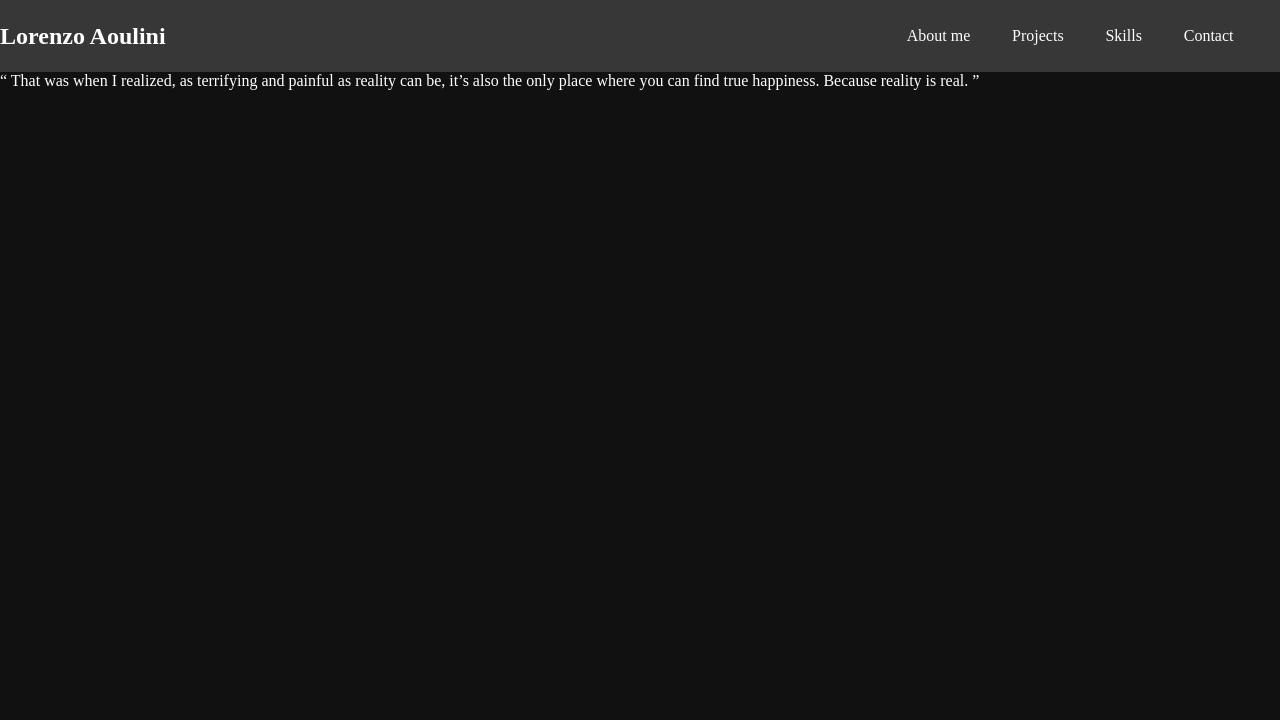
Repository: lolo298/lolo298.github.io
Page: index.html
An editor plug-in stored every save of this project. The page is shown before and after the next save, followed by the edit.
The browser window is 1280 px wide. The pictures show the whole page.

Above is the page before, as saved 2022-05-10 13:22:15.

After the next save:
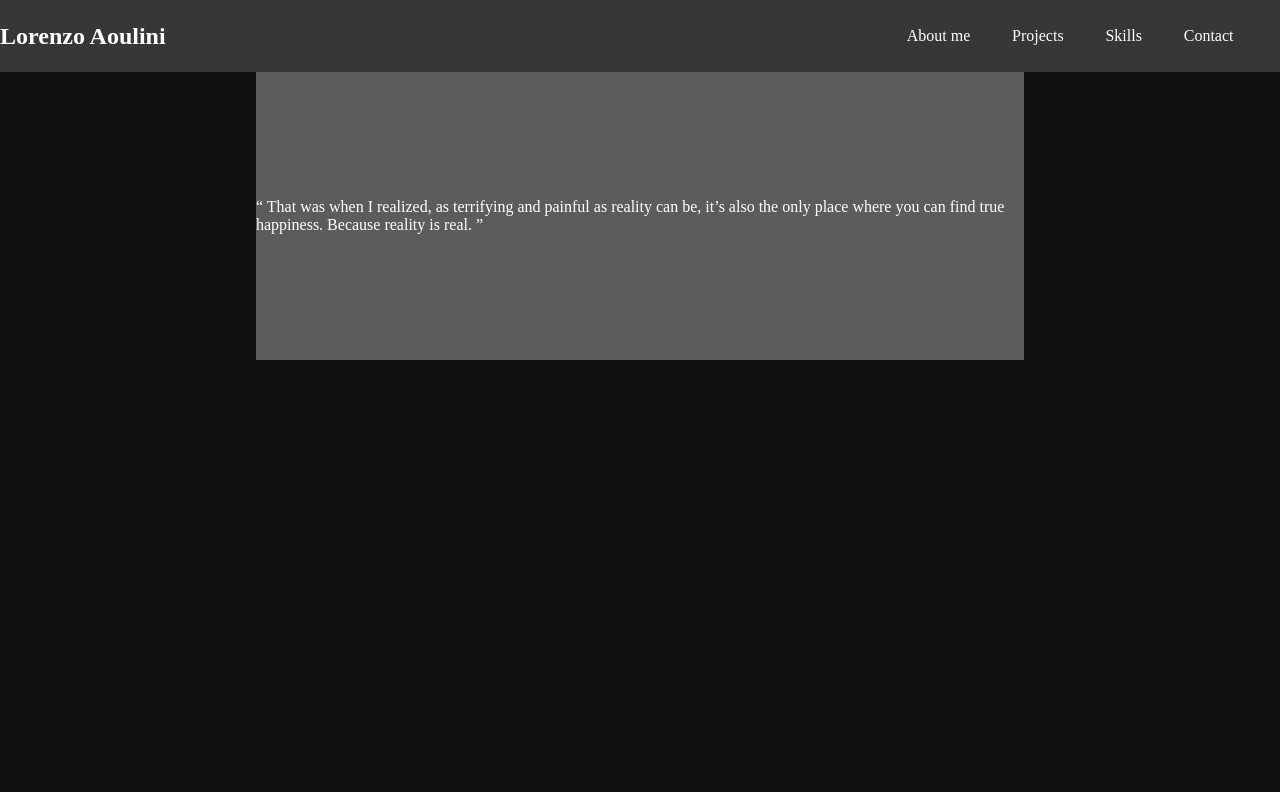
Saved 37 s later.
--- a/css/style.css
+++ b/css/style.css
@@ -1,74 +1,74 @@
     html {
-    background-color: #111111;
-}
+        background-color: #111111;
+    }
 
-body {
-    padding: 0;
-    margin: 0;
-    width: 100vw;
-    height: 100vh;
-}
+    body {
+        padding: 0;
+        margin: 0;
+        width: 100vw;
+        height: 100vh;
+    }
+    /* styling of navbar */
 
+    .main-container {
+        color: white;
+        height: 100%;
+        width: 100%;
+    }
 
-/* styling of navbar */
+    .main-navbar {
+        background-color: #373737;
+        height: 10%;
+        width: 100%;
+        display: flex;
+        justify-content: space-between;
+        align-items: center;
+    }
 
-.main-container {
-    color: white;
-    height: 100%;
-    width: 100%;
-}
+    .main-navbar>* {
+        margin: 0;
+    }
 
-.main-navbar {
-    background-color: #373737;
-    height: 10%;
-    width: 100%;
-    display: flex;
-    justify-content: space-between;
-    align-items: center;
-}
+    .main-navbar>h1 {
+        width: 20%;
+    }
 
-.main-navbar>* {
-    margin: 0;
-}
+    .main-navbar-list {
+        width: 100%;
+        display: flex;
+        flex-direction: row-reverse;
+        align-items: center;
+        list-style: none;
+        margin-right: 2%;
+        height: 100%;
+    }
 
-.main-navbar>h1 {
-    width: 20%;
-}
+    .main-navbar-item {
+        display: flex;
+        align-items: center;
+        justify-content: center;
+        text-decoration: none;
+        color: white;
+        width: max-content;
+        height: 100%;
+        padding: 0% 2% 0% 2%;
+    }
 
-.main-navbar-list {
-    width: 100%;
-    display: flex;
-    flex-direction: row-reverse;
-    align-items: center;
-    list-style: none;
-    margin-right: 2%;
-    height: 100%;
-}
+    .main-navbar-item:hover {
+        background-color: #6A6A6A;
+    }
 
-.main-navbar-item {
-    display: flex;
-    align-items: center;
-    justify-content: center;
-    text-decoration: none;
-    color: white;
-    width: max-content;
-    height: 100%;
-    padding: 0% 2% 0% 2%;
-}
+    .main-navbar-item>div {
+        width: max-content;
+    }
+    /* styling of landing page */
 
-.main-navbar-item:hover {
-    background-color: #6A6A6A;
-}
+    .landing {
+        height: 100%;
+        width: 100%;
+    }
+    /* styling of quote */
 
-.main-navbar-item>div {
-    width: max-content;
-}
-
-
-/* styling of landing page */
-
-.landing-page {
-    /* styling of quote */
     .quote-container {
         width: 60%;
         height: 40%;
